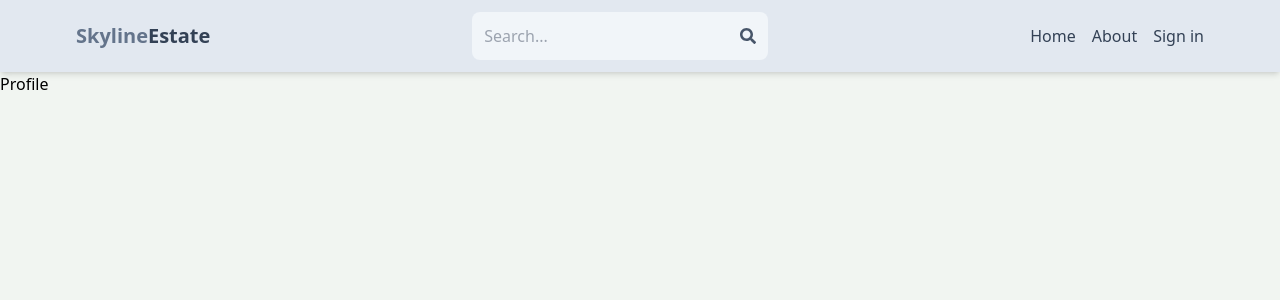
Repository: stavan30/mern-estate
Page: /profile (app in client/)
These files come from the project's save history. The page is drawn as it stood at one moment and after the next save; the edit follows.
The browser window is 1280 px wide. The pictures show the whole page.
The page's requests for data from a server got no answer. The project was rebuilt for these pictures with package versions that can differ from the ones it lists, and the page was loaded fresh each time. No one was signed in, and anything a server would have sent is missing. Also part of the build but not shown: client/vite.config.js, client/src/pages/About.jsx, client/src/pages/Home.jsx, client/src/firebase.js, client/src/components/OAuth.jsx, client/src/pages/SignIn.jsx, client/src/pages/SignUp.jsx.

Above is the page before, as saved 2024-02-03 19:21:04.

After the next save:
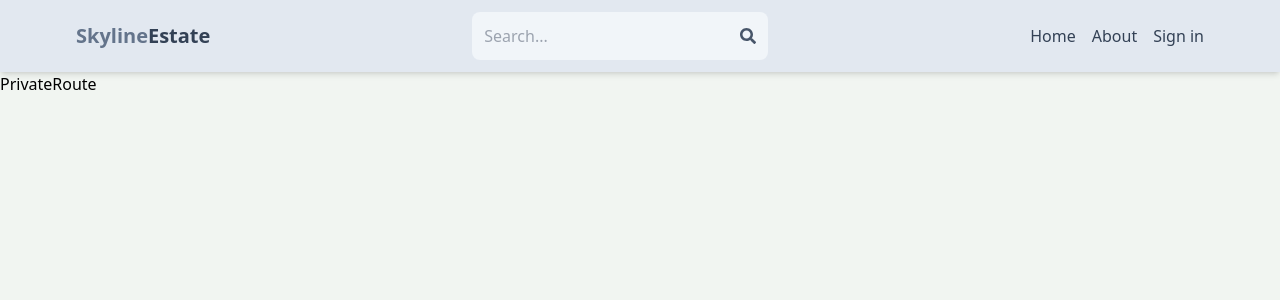
Saved 6 s later.
--- a/client/src/App.jsx
+++ b/client/src/App.jsx
@@ -1,5 +1,6 @@
 import { BrowserRouter, Routes, Route } from 'react-router-dom';
 import Header from './components/Header';
+import PrivateRoute from './components/PrivateRoute';
 import About from './pages/About';
 import Home from './pages/Home';
 import Profile from './pages/Profile';
@@ -16,7 +17,9 @@ export default function App() {
         <Route path='/sign-in' element={<SignIn/>}></Route>
         <Route path='/sign-up' element={<SignUp/>}></Route>
         <Route path='/about' element={<About/>}></Route>
+        <Route element={<PrivateRoute/>}>
         <Route path='/profile' element={<Profile/>}></Route>
+        </Route>
       </Routes>
     </BrowserRouter>
     )
